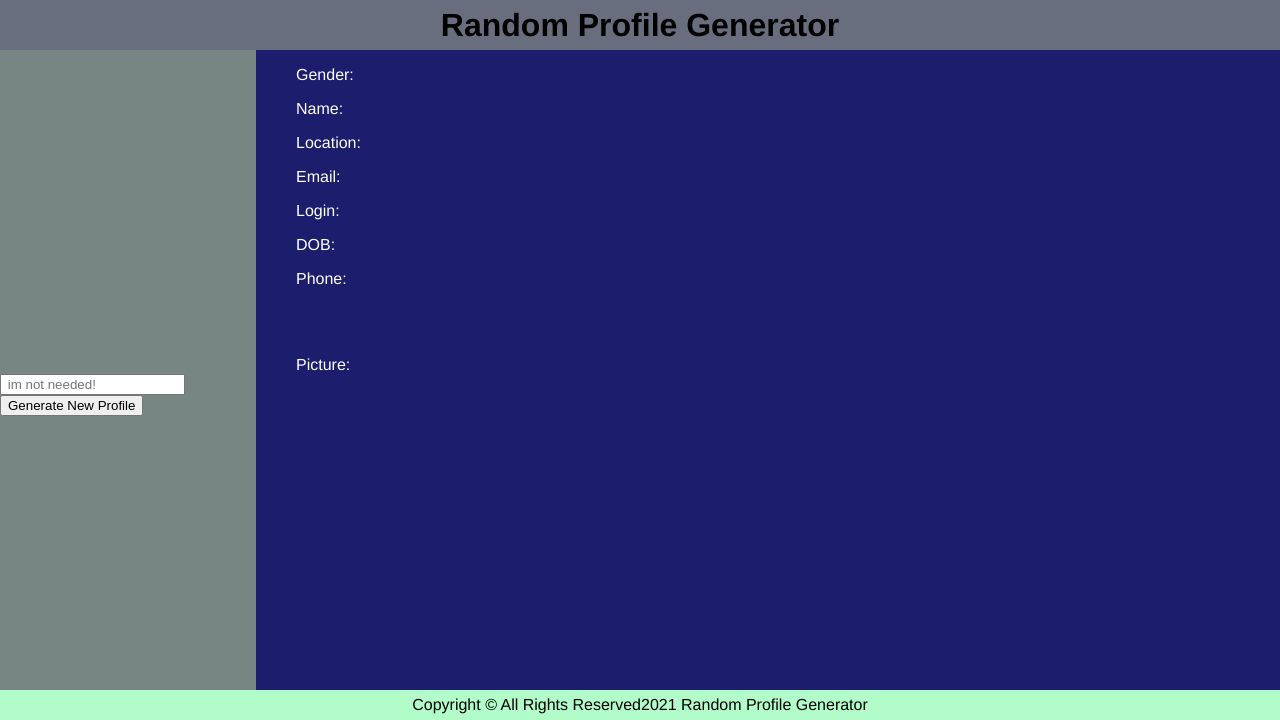
Repository: swaroopu-kr/Web-Application
Page: index.html
An editor plug-in stored every save of this project. The page is shown before and after a run of saves, followed by the edit.
The browser window is 1280 px wide. The pictures show the whole page.

Above is the page before, as saved 2021-10-30 11:56:53.
Console error: SyntaxError: Unexpected token '('

### index.html
<!DOCTYPE html>
<html>
  <head>
    <meta charset="utf-8">
    <meta name="viewport" content="width=device-width">
    <title>Ajax Weather Lab</title>
    <link href="./style.css" rel="stylesheet" type="text/css" />

    <script src="https://code.jquery.com/jquery-3.6.0.min.js" integrity="sha256-/xUj+3OJU5yExlq6GSYGSHk7tPXikynS7ogEvDej/m4=" crossorigin="anonymous"></script>

    <script defer src="./script.js"></script>
  </head>

  <body>

  <header>

    <h1>Random Profile Generator</h1>

    <br>
    <br>



    </header>

    <main>
<div>
<ul> Gender:   </ul>
<ul> Name: </ul>
<ul> Location: </ul>
<ul> Email: </ul>
<ul> Login: </ul>
<ul> DOB: </ul>
<ul> Phone: </ul>
<br>
<br>

<ul>Picture:  <br> </ul>


</div>

    </main>

    <aside>
      <form style="margin-top: 50px;">
        <label>
          <input type="text" placeholder=" im not needed!">
        </label>
      <input type="submit" value="Generate New Profile">
      </form>



   </aside>

   <footer>
    <p>Copyright &copy; All Rights Reserved</p>
    <br>
    <p>2021 Random Profile Generator</p>

  </footer>


</body>
</html>

### style.css

      * {
        box-sizing: border-box;
      }

      body {
        height: 100vh;
        margin: 0;
        font-family: Helvetica;
        display: grid;
        /* mobile first - single column */
        grid-template-columns: 1fr;
        grid-template-rows: 50px 30px auto 100px;

      }

      header {
        grid-area: hdr;
        background-color: #696e7e;
      }

      footer {
        grid-area: ftr;
        background-color: #b1fcc8;
      }

      aside{

        background-color: #0421188a;

      }



      main {
        grid-area: content;
        background-color: #1c1e6d;
        color: white;
        display: flex;
        justify-content: left;
        align-items: left;
      }

      header,
      footer,
      aside {
        display: flex;
        justify-content: center;
        align-items: center;
      }

      @media only screen and (min-width: 768px) {
        body {
          grid-template-columns: 1fr 4fr;
          grid-template-rows: 50px auto 30px;
          grid-template-areas:
          "hdr hdr"
          "side content"
          "ftr ftr";
        }

      }

### script.js
//IIFE FUNCTION
//$(function () {





    // Constants
    BASE_URL = 'https://randomuser.me/api/?inc=gender,name,location,email,login,DOB,phone,picture';

    // State Variables

    let apiData;

    // Cached Element References
    const $input = $('input[type="text"]')
    const $main = $('main');
    const $form = $('form');

// Event Listeners

$main.on('click', 'article', handleClick);

getData();


function getData () {
$ajax.(BASE_URL)
.then(function(data){
apiData = data;
render();
}, function(error) {

});
} //close function

function handleClick () {
$(this).children().toggleClass('hidden');
}


function render (){
const userData = api.map(function())
return


$main.html('<section>${user}</section>');

}


    // Functions

    function handleSubmit(evt) {
      evt.preventDefault();
      const currCity = $input.val();
      console.log(currCity)
        $.ajax({BASE_URL}
  success: function(data) {
    console.log(data);
  })
};





    // add data as text content to our DOM elements
    function render () {
      $main.html(
        // create p tags with weatherData values interpolated within them
        `
        <p>Weather For: ${weatherData.name}</p>
        <p>Temperature: ${weatherData.main.temp}&#176;</p>
        <p>Feels Like: ${weatherData.main.feels_like}&#176;</p>
        <p>Weather: ${weatherData.weather[0].description}</p>
        `
      )
    }

   //})

After the next 2 saves:
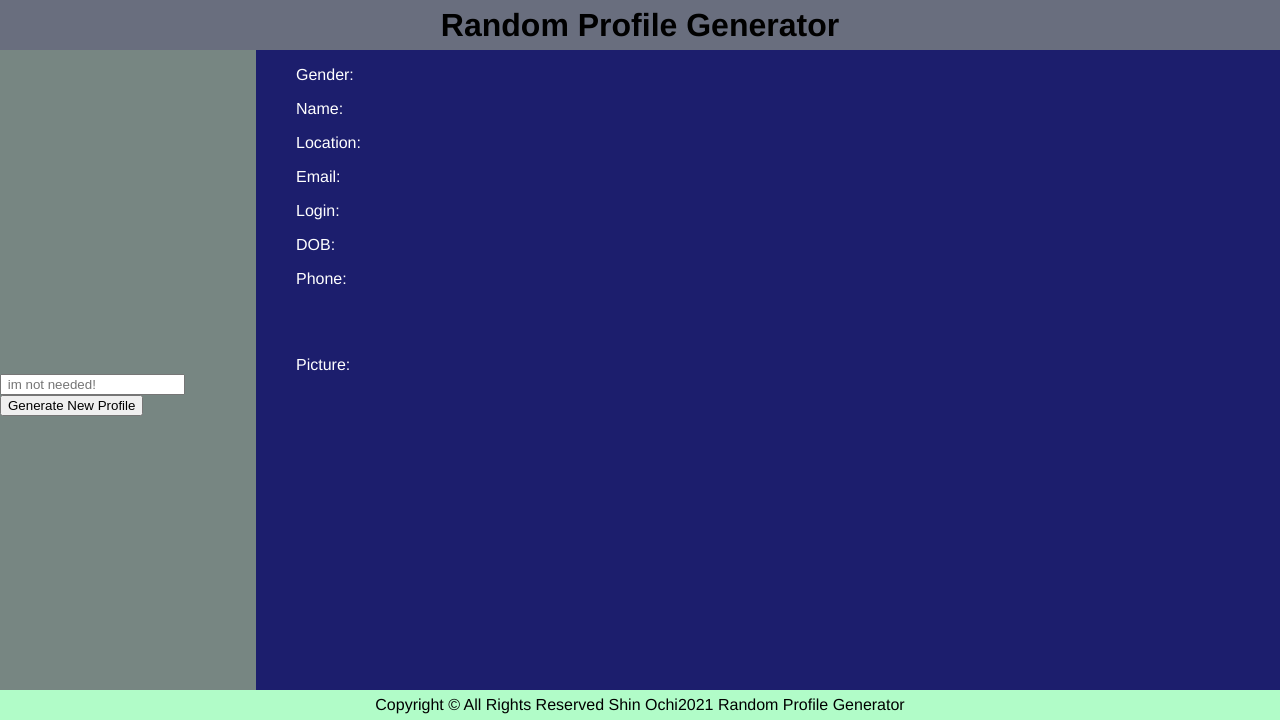
The 2 saves are shown as one change because they came seconds apart.
The last was saved 18 s later.
--- a/index.html
+++ b/index.html
@@ -56,7 +56,7 @@
    </aside>
 
    <footer>
-    <p>Copyright &copy; All Rights Reserved</p>
+    <p>Copyright &copy; All Rights Reserved Shin Ochi</p>
     <br>
     <p>2021 Random Profile Generator</p>
 
